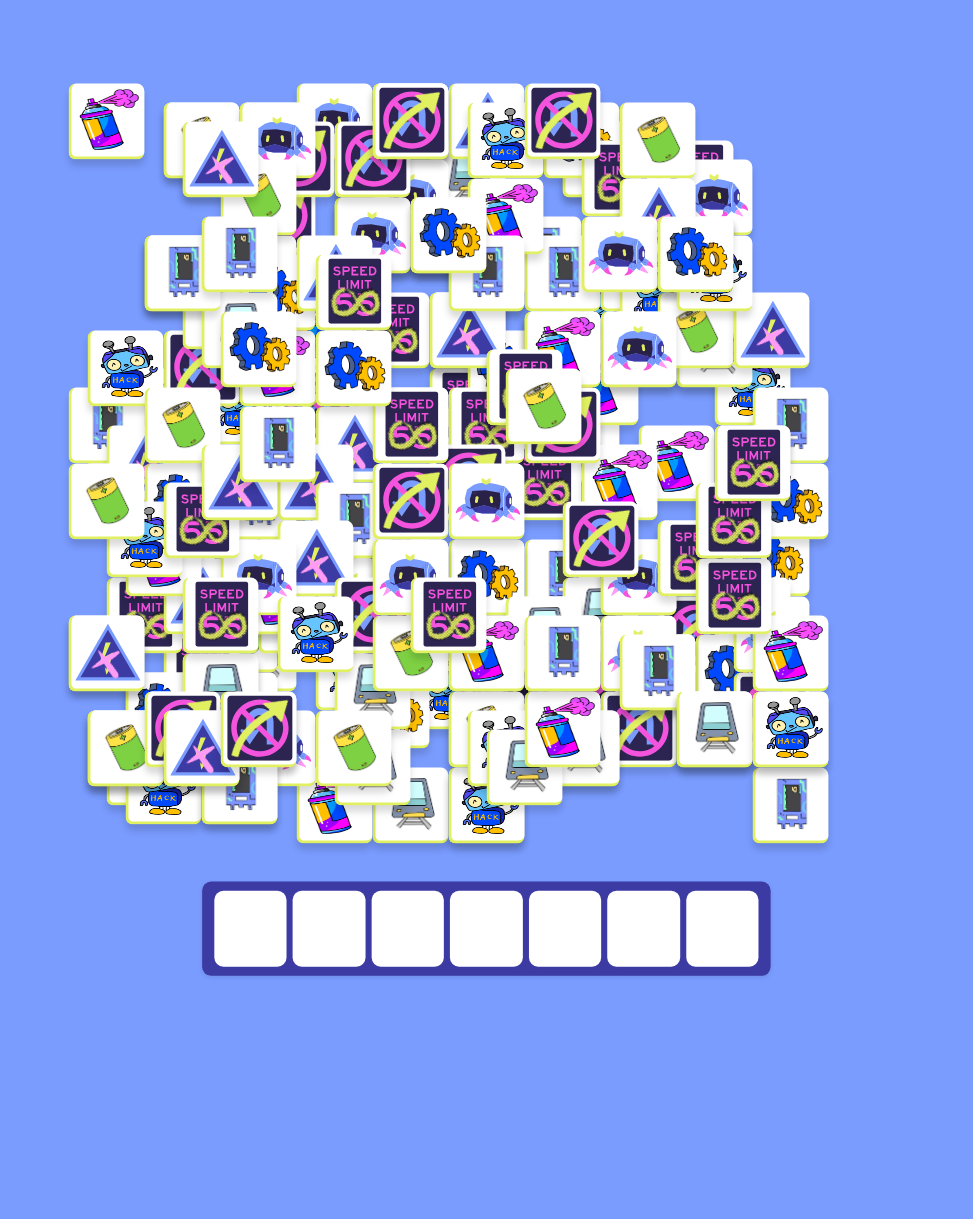
Repository: Avril-Cui/hack-puzzle
Page: / (app in client/)
The author's editor kept a copy of each file at every save. The page is drawn from the files as they stood at one save, then again after the next save.
The browser window is 1280 px wide. The pictures show the whole page, at 76% of full size.
The project was rebuilt for these pictures with package versions that can differ from the ones it lists, and the page was loaded fresh each time. The framework's server and built-in components were replaced by stand-ins that run in the browser. Also part of the build but not shown: client/next.config.ts.

Above is the page before, as saved 2025-06-11 20:22:47.

### client/app/page.tsx
import Game from "../components/Game";

export default function Home() {
  return (
    <div>
      <Game />
    </div>
  );
}

### client/app/globals.css
@import "tailwindcss";

:root {
  --background: #7A9CFF;
}

@theme inline {
  --color-background: var(--background);
  --color-foreground: var(--foreground);
  --font-sans: var(--font-geist-sans);
  --font-mono: var(--font-geist-mono);
}

@media (prefers-color-scheme: dark) {
  :root {
    --background: #7A9CFF;
  }
}

body {
  background: var(--background);
  color: var(--foreground);
  font-family: Arial, Helvetica, sans-serif;
}

### client/components/Game.tsx
"use client";
import React, { useEffect, useState } from "react";
import styles from "./Game.module.css";

interface Tile {
  id: string;
  x: number;
  y: number;
  z: number;
  status: number;      // 0 = unpicked, 1 = picked
  iconName: string;
}

const CELL_SIZE = 100;  // your tile width/height in px
const ICONS = ["🍀","🌈","⚙️","🐏","🐯","🐤","📚","🧠","💻","🐼"];

const PuzzleGame: React.FC = () => {
  const [tiles, setTiles] = useState<Tile[]>([]);
  const [queue, setQueue] = useState<Tile[]>([]);

  useEffect(() => {
    fetch("/scene.json")
      .then(res => res.json())
      .then((data: Tile[]) => setTiles(data));
  }, []);

  const handleClick = (tile: Tile) => {
    if (queue.length >= 7) return;
    // only clickable if not covered (we’ll guard in render as well)
    setQueue(q => [...q, tile]);
    setTiles(t =>
      t.map(x => (x.id === tile.id ? { ...x, status: 1 } : x))
    );
  };

  // helper: does `tile` overlap any other, still-on-board tile with a higher z?
  const isCovered = (tile: Tile) => {
    return tiles.some(
      other =>
        other.id !== tile.id &&
        other.status === 0 &&          // still on board
        other.z > tile.z &&            // sits above
        tile.x <  other.x + CELL_SIZE &&
        tile.x + CELL_SIZE > other.x &&
        tile.y <  other.y + CELL_SIZE &&
        tile.y + CELL_SIZE > other.y
    );
  };

  const getIconPath = (iconName: string) => {
    const extMap: Record<string, string> = {
      icons0: "svg", icons1: "png", icons2: "png", icons3: "png",
      icons4: "svg", icons5: "jpg", icons6: "jpg", icons7: "jpg",
      icons8: "svg", icons9: "svg",
    };
    return `/icons/${iconName}.${extMap[iconName] || "png"}`;
  };

  return (
    <div className={styles.gameContainer}>
      <div className={styles.tileBoard}>
        {tiles.map(tile => {
          // now we grey out any tile that’s either picked (status!==0)
          // OR actually covered by any other tile
          const inactive = tile.status !== 0 || isCovered(tile);

          return (
            <div
              key={tile.id}
              className={`${styles.tile} ${inactive ? styles.inactive : ""}`}
              style={{ left: tile.x, top: tile.y, zIndex: tile.z }}
              onClick={() => {
                if (!inactive && queue.length < 7) handleClick(tile);
              }}
            >
              <img
                src={getIconPath(tile.iconName)}
                alt={tile.iconName}
                className={styles.tileInner}
              />
            </div>
          );
        })}
      </div>

      <div className={styles.queueBar}>
        {queue.map(t => (
          <div key={t.id} className={styles.queueTile}>
            <img
              src={getIconPath(t.iconName)}
              alt={t.iconName}
              className={styles.tileInner}
              style={{ filter: "none", opacity: 1 }}
            />
          </div>
        ))}
        {Array.from({ length: 7 - queue.length }).map((_, i) => (
          <div key={i} className={styles.queueTile} />
        ))}
      </div>
    </div>
  );
};

export default PuzzleGame;

### client/components/Game.module.css
.gameContainer {
  display: flex;
  flex-direction: column;
  align-items: center;
  margin-top: 10em;
  margin-bottom: 20em;
}

.tileBoard {
  position: relative;
  width: 1000px;
  height: 900px;
  background-color: transparent; /* remove green board background */
}

.tile {
  position: absolute;
  width: 100px;
  height: 100px;
  background: white;
  border-radius: 10px;
  font-size: 40px;
  border-left: 4px solid #e1f060;
  border-bottom: 4px solid #e1f060;
  display: flex;
  align-items: center;
  justify-content: center;
  transition: transform 0.2s ease, opacity 0.3s ease;
  box-shadow: 0 8px 10px rgba(0, 0, 0, 0.15);
  cursor: pointer;
}

.tileInner {
  width: 100%;
  height: 100%;
  display: flex;
  justify-content: center;
  align-items: center;
  overflow: hidden;
  padding: 5%; /* optional, for consistent inner margin */
}

.tileInner img {
  max-width: 100%;
  max-height: 100%;
  object-fit: contain;
  pointer-events: none;
}

.covered {
  background: #ccc;
  opacity: 0.4;
  pointer-events: none;
}

.queueBar {
  margin-top: 100px;
  display: flex;
  justify-content: center;
  gap: 12px;
  padding: 12px;
  background: #3c3aa3;
  border-radius: 10px;
  box-shadow: 0 2px 6px rgba(0, 0, 0, 0.1);
}

.queueBar {
  display: flex;
  justify-content: flex-start;
  gap: 8px;
  padding: 12px 16px;
  background-color: #3c3aa3;
  border-radius: 12px;
  width: calc((100px * 7) + (8px * 6)); /* = 748px */
  min-height: 100px; /* same as tile height */
}

.queueTile {
  width: 100px;
  height: 100px;
  background-color: white;
  border-radius: 12px;
  box-shadow: 4px 4px 0 #3c3aa3;
  display: flex;
  align-items: center;
  justify-content: center;
}

.queueTile img {
  width: 100%;
  height: 100%;
  object-fit: contain;
  padding: 8px;
}

.inactive {
  filter: grayscale(100%) brightness(70%);
  pointer-events: none;
}

Loaded but not shown: client/app/layout.tsx (common file); client/public/scene.json (2162 lines, source omitted)

After the next save:
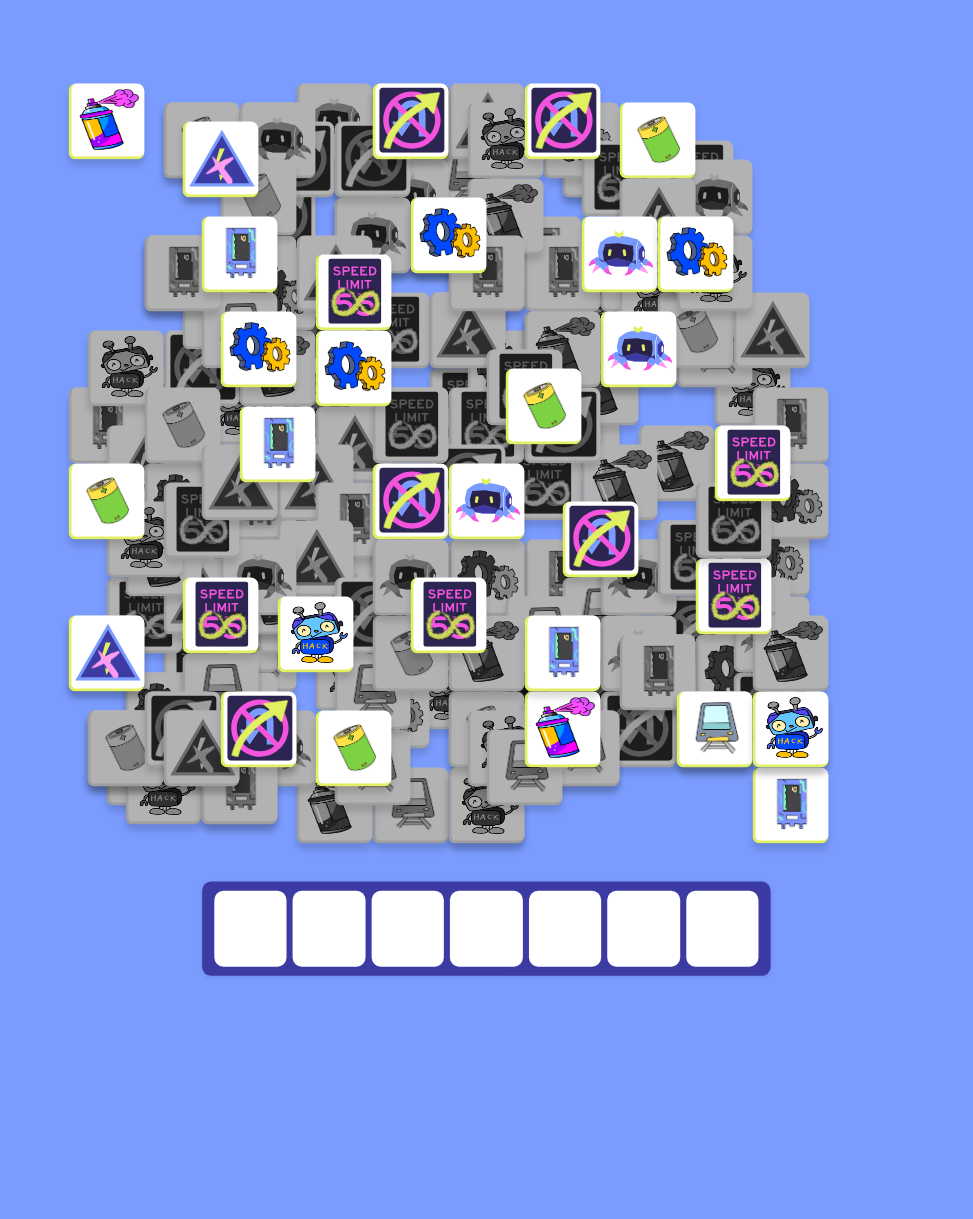
Saved 4 min 13 s later.
--- a/client/components/Game.tsx
+++ b/client/components/Game.tsx
@@ -6,12 +6,11 @@ interface Tile {
   id: string;
   x: number;
   y: number;
-  z: number;
-  status: number;      // 0 = unpicked, 1 = picked
+  status: number;      // 0 = unpicked, 1 = in queue
   iconName: string;
 }
 
-const CELL_SIZE = 100;  // your tile width/height in px
+const CELL_SIZE = 100;
 const ICONS = ["🍀","🌈","⚙️","🐏","🐯","🐤","📚","🧠","💻","🐼"];
 
 const PuzzleGame: React.FC = () => {
@@ -26,25 +25,30 @@ const PuzzleGame: React.FC = () => {
 
   const handleClick = (tile: Tile) => {
     if (queue.length >= 7) return;
-    // only clickable if not covered (we’ll guard in render as well)
     setQueue(q => [...q, tile]);
     setTiles(t =>
-      t.map(x => (x.id === tile.id ? { ...x, status: 1 } : x))
+      t.map(x => x.id === tile.id ? { ...x, status: 1 } : x)
     );
   };
 
-  // helper: does `tile` overlap any other, still-on-board tile with a higher z?
-  const isCovered = (tile: Tile) => {
-    return tiles.some(
-      other =>
-        other.id !== tile.id &&
-        other.status === 0 &&          // still on board
-        other.z > tile.z &&            // sits above
-        tile.x <  other.x + CELL_SIZE &&
-        tile.x + CELL_SIZE > other.x &&
-        tile.y <  other.y + CELL_SIZE &&
-        tile.y + CELL_SIZE > other.y
-    );
+  // returns true if tile at `idx` is overlapped by any later (higher) tile still in play
+  const isCovered = (idx: number) => {
+    const cur = tiles[idx];
+    if (cur.status !== 0) return false;
+    for (let j = idx + 1; j < tiles.length; j++) {
+      const other = tiles[j];
+      if (other.status !== 0) continue;
+      // bounding‐box overlap?
+      if (
+        !(cur.x + CELL_SIZE <= other.x ||
+          other.x + CELL_SIZE <= cur.x ||
+          cur.y + CELL_SIZE <= other.y ||
+          other.y + CELL_SIZE <= cur.y)
+      ) {
+        return true;
+      }
+    }
+    return false;
   };
 
   const getIconPath = (iconName: string) => {
@@ -59,16 +63,19 @@ const PuzzleGame: React.FC = () => {
   return (
     <div className={styles.gameContainer}>
       <div className={styles.tileBoard}>
-        {tiles.map(tile => {
-          // now we grey out any tile that’s either picked (status!==0)
-          // OR actually covered by any other tile
-          const inactive = tile.status !== 0 || isCovered(tile);
+        {tiles.map((tile, idx) => {
+          // inactive if picked OR if covered by any tile with a higher array-index
+          const inactive = tile.status !== 0 || isCovered(idx);
 
           return (
             <div
               key={tile.id}
               className={`${styles.tile} ${inactive ? styles.inactive : ""}`}
-              style={{ left: tile.x, top: tile.y, zIndex: tile.z }}
+              style={{
+                left: tile.x,
+                top: tile.y,
+                zIndex: idx  // ensures later array items actually draw on top
+              }}
               onClick={() => {
                 if (!inactive && queue.length < 7) handleClick(tile);
               }}
